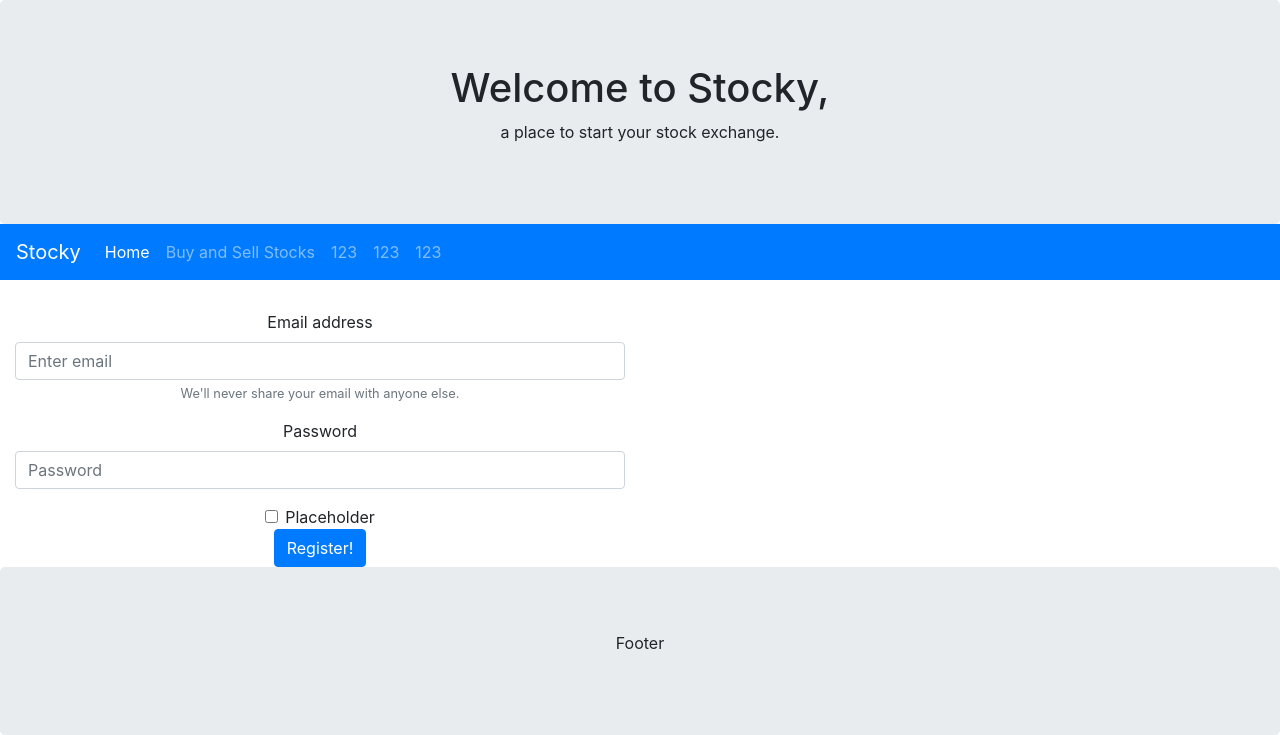
Repository: madfufuu/stocky
Page: http://localhost/stocky/signup.jsp
These files come from the project's save history. The page is drawn as it stood at one moment and after the next save; the edit follows.
The browser window is 1280 px wide. The pictures show the whole page.
The page is served by Tomcat 9.

Above is the page before, as saved 2019-11-27 21:41:32.

After the next save:
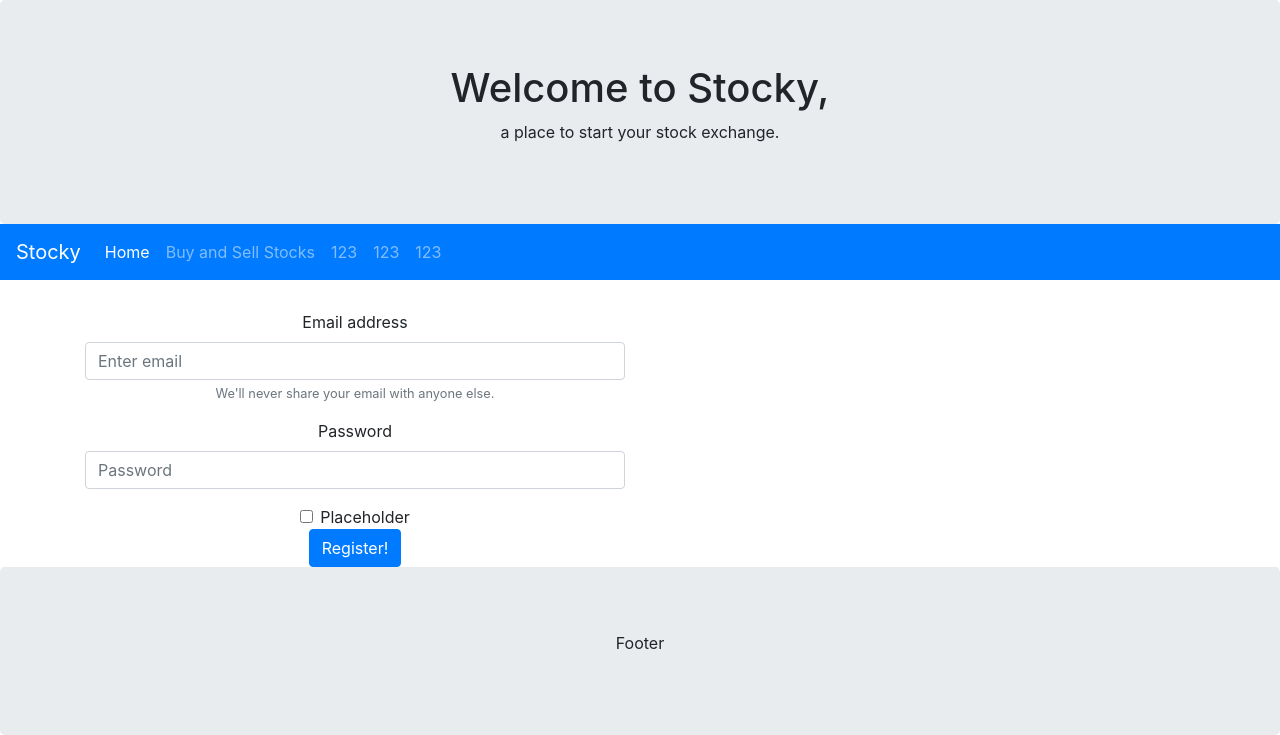
Saved 2 min 3 s later.
--- a/stocky-new-master/stocky/WebContent/signup.jsp
+++ b/stocky-new-master/stocky/WebContent/signup.jsp
@@ -63,25 +63,30 @@
 		<br /> <input type="submit" />
 	</form> -->
 
-	<form action="SignUpCheck" method="post" class="col-sm-6" id="signupForm">
-		<div class="form-group">
-			<label for="exampleInputEmail1">Email address</label> <input
-				type="email" class="form-control" id="exampleInputEmail1"
-				aria-describedby="emailHelp" placeholder="Enter email"> <small
-				id="emailHelp" class="form-text text-muted">We'll never
-				share your email with anyone else.</small>
+	<div class="container">
+		<div class="row">
+			<form action="SignUpCheck" method="post" class="col-sm-6"
+				id="signupForm">
+				<div class="form-group">
+					<label for="exampleInputEmail1">Email address</label> <input
+						type="email" class="form-control" id="exampleInputEmail1"
+						aria-describedby="emailHelp" placeholder="Enter email"> <small
+						id="emailHelp" class="form-text text-muted">We'll never
+						share your email with anyone else.</small>
+				</div>
+				<div class="form-group">
+					<label for="exampleInputPassword1">Password</label> <input
+						type="password" class="form-control" id="exampleInputPassword1"
+						placeholder="Password">
+				</div>
+				<div class="form-check">
+					<input type="checkbox" class="form-check-input" id="exampleCheck1">
+					<label class="form-check-label" for="exampleCheck1">Placeholder</label>
+				</div>
+				<button type="submit" class="btn btn-primary">Register!</button>
+			</form>
 		</div>
-		<div class="form-group">
-			<label for="exampleInputPassword1">Password</label> <input
-				type="password" class="form-control" id="exampleInputPassword1"
-				placeholder="Password">
-		</div>
-		<div class="form-check">
-			<input type="checkbox" class="form-check-input" id="exampleCheck1">
-			<label class="form-check-label" for="exampleCheck1">Placeholder</label>
-		</div>
-		<button type="submit" class="btn btn-primary">Register!</button>
-	</form>
+	</div>
 
 	<div class="jumbotron text-center" style="margin-bottom:0">
 		<p>Footer</p>
